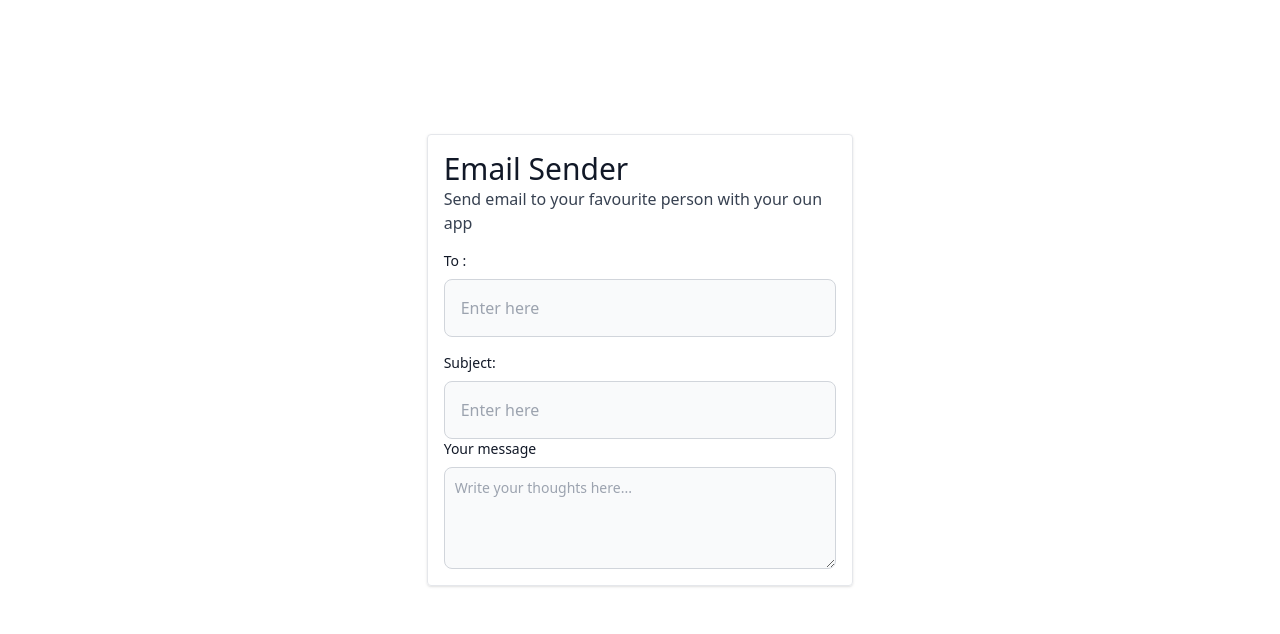
Repository: vikas-1234/EmailReactProject
Page: / (app in email-sender/)
An editor plug-in stored every save of this project. The page is shown before and after the next save, followed by the edit.
The browser window is 1280 px wide. The pictures show the whole page.
The project was rebuilt for these pictures with package versions that can differ from the ones it lists, and the page was loaded fresh each time. Also part of the build but not shown: email-sender/vite.config.js, email-sender/src/App.css.

Above is the page before, as saved 2024-04-20 14:59:03.

After the next save:
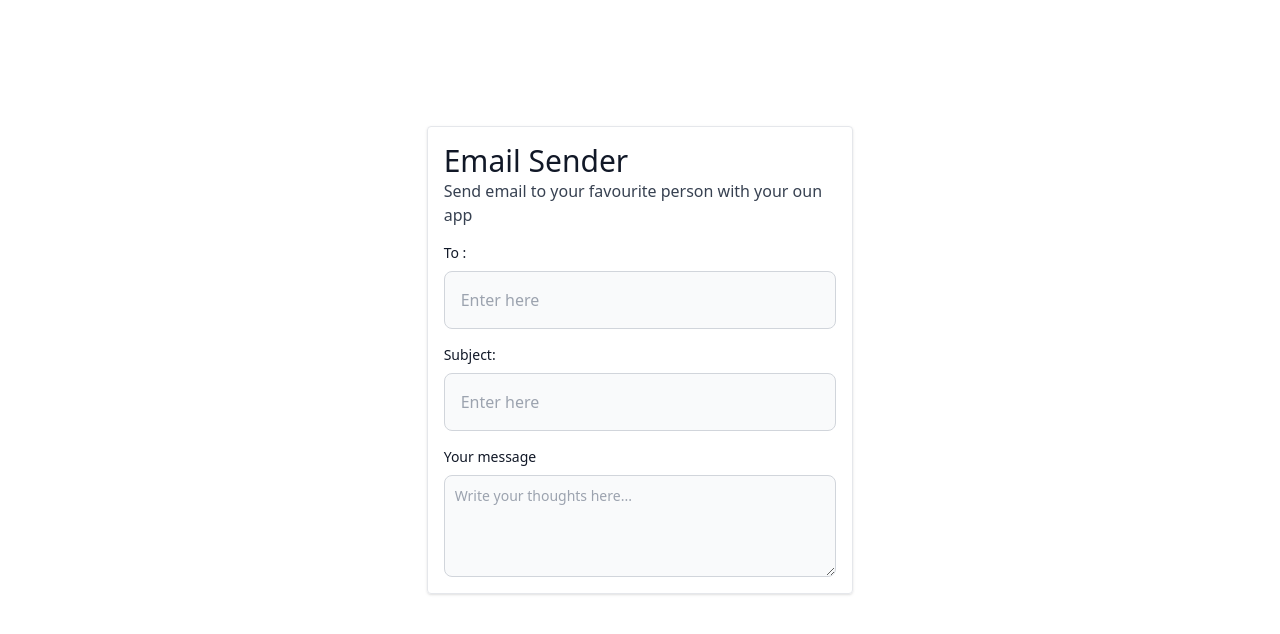
Saved 2 min 46 s later.
--- a/email-sender/src/components/EmailSender.jsx
+++ b/email-sender/src/components/EmailSender.jsx
@@ -30,8 +30,17 @@ function EmailSender() {
 
 {/* Message Section */}
 
+<div className="form_field mt-4">
 <label for="message" class="block mb-2 text-sm font-medium text-gray-900 dark:text-white">Your message</label>
 <textarea id="message" rows="4" class="block p-2.5 w-full text-sm text-gray-900 bg-gray-50 rounded-lg border border-gray-300 focus:ring-blue-500 focus:border-blue-500 dark:bg-gray-700 dark:border-gray-600 dark:placeholder-gray-400 dark:text-white dark:focus:ring-blue-500 dark:focus:border-blue-500" placeholder="Write your thoughts here..."></textarea>
+
+</div>
+
+
+
+
+
+
 
 
 
